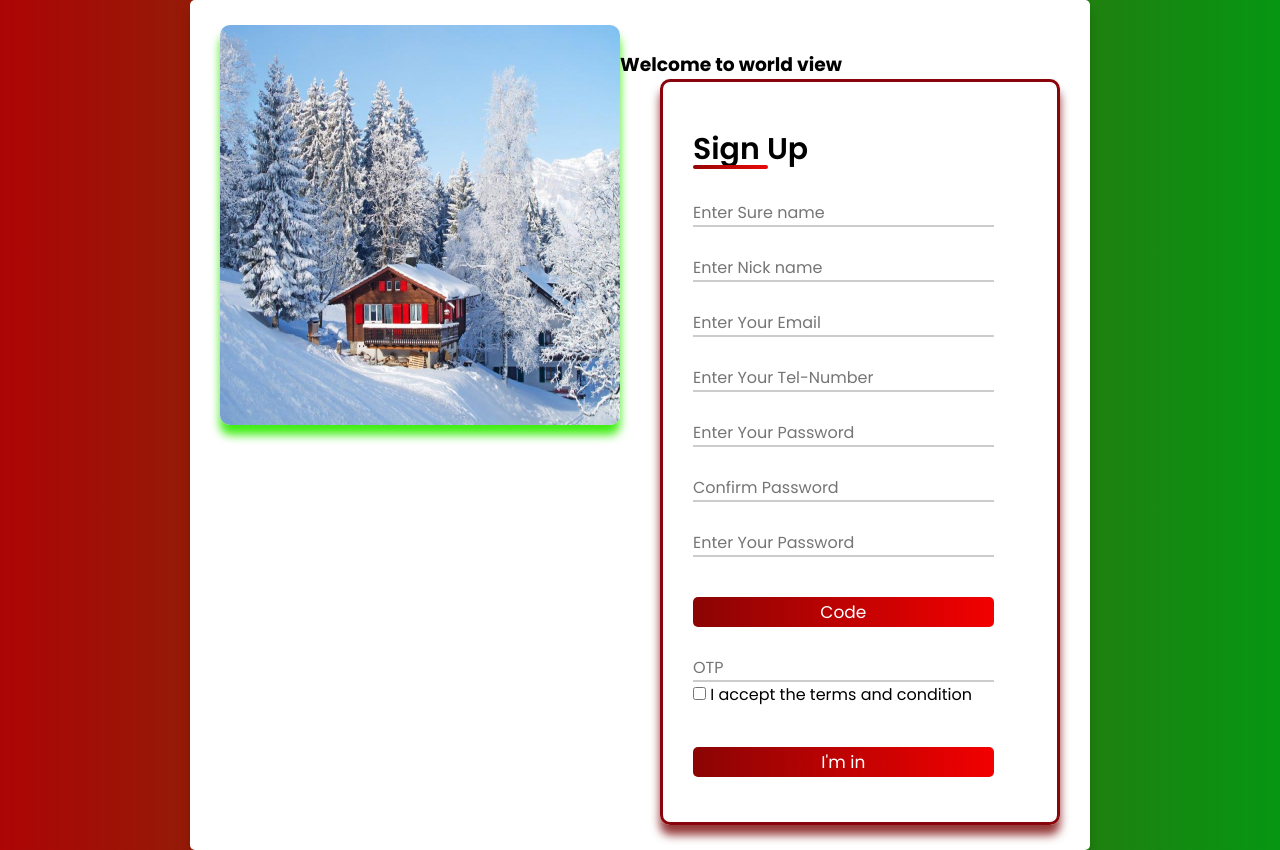
Repository: dev-ashik/Halloween
Page: Reg Page/Index.html
These files come from the project's save history. The page is drawn as it stood at one moment and after the next save; the edit follows.
The browser window is 1280 px wide. The pictures show the whole page.

Above is the page before, as saved 2021-12-21 22:31:36.

### Reg Page/Index.html
<!DOCTYPE html>
<html lang="en">

<head>
    <meta charset="UTF-8">
    <meta http-equiv="X-UA-Compatible" content="IE=edge">
    <meta name="viewport" content="width=device-width, initial-scale=1.0">
    <title>Regristration page</title>
    <link rel="stylesheet" href="CSS/main.css">
</head>

<body>
    <div class="con">
        <div class="bann">
            <img src="IMG/banner.jpg" alt=""><br/>
            <h3>Welcome to world view</h3>
        </div>
        <div class="form">
            <form action="#">
                <div class="title">Sign Up</div>
                <div class="box">
                    <input type="text" placeholder="Enter Sure name" id="fn" required>
                    <div class="underline"></div>
                </div>
                <div class="box"> <input type="text" placeholder="Enter Nick name" id="ln" required>
                    <div class="underline"></div>
                </div>
                <div class="box underline">
                    <input type="text" placeholder="Enter Your Email" id="mail" required>
                    <div class="underline"></div>
                    <!--Email Field with velidation-->
                </div>
                <div class="box underline">
                    <input type="text" placeholder="Enter Your Tel-Number" id="number" required>
                    <div class="underline"></div>
                </div>
                <div class="box">
                    <input type="password" placeholder="Enter Your Password" id="pwd" required>
                    <div class="underline"></div>
                    <!--Password Field with velidation-->
                </div>
                <div class="box">
                    <input type="password" placeholder="Confirm Password" id="pwd" required>
                    <div class="underline"></div>
                </div>
                <div class="box">
                    <input type="password" placeholder="Enter Your Password" id="pwd" required>
                    <div class="underline"></div>
                </div>
                <div class="box button">
                    <button onclick="vercod()" id="vc">Code</button>
                    <!--Code form-->
                </div>
                <div class="box">
                    <input type="text" placeholder="OTP" id="otp" required>
                    <div class="underline"></div>
                    <!--Security Code with velidation-->
                </div>
                <div class="Agreement">
                    <input type="checkbox" id="cb" value="Agree">
                    <label for="Agree">I accept the terms and condition</label>
                    <!--Agreement box-->
                </div>
                <div class="box button">
                    <button onclick="sub()">I'm in</button>
                </div>
            </form>
        </div>
    </div>
</body>
<script src="JS/main.js"></script>

</html>

### Reg Page/CSS/main.css
@import url('https://fonts.googleapis.com/css2?family=Poppins:wght@200;300;400;500;600;700&display=swap');
@import url('https://fonts.googleapis.com/css2?family=Poppins:wght@200;300;400;500;600;700&display=swap');
* {
    margin: 0;
    padding: 0;
    box-sizing: border-box;
    font-family: 'Poppins', sans-serif;
}

html,
body {
    display: grid;
    height: 100vh;
    width: 100%;
    place-items: center;
    background: linear-gradient(to right, #ad0505 0%, #069612 100%);
}

 ::selection {
    background: #ff80bf;
}

.con {
    background: #fff;
    max-width: 900px;
    width: 100%;
    padding: 25px 30px;
    border-radius: 5px;
    box-shadow: 0 10px 10px rgba(0, 0, 0, 0.15);
}

.con .bann img {
    float: left;
    width: 400px;
    height: 400px;
    border-radius: 10px;
    box-shadow: 0 10px 10px #40ee14;
}

.con .form {
    float: right;
    border: 3px solid rgb(138, 5, 11);
    border-radius: 10px;
    padding: 25px 30px;
    max-width: 400px;
    width: 100%;
    box-shadow: 0 10px 10px rgba(121, 4, 4, 0.795);
}

.con .form form .title {
    font-size: 30px;
    font-weight: 600;
    margin: 20px 0 10px 0;
    position: relative;
}

.con .form form .title:before {
    content: '';
    position: absolute;
    height: 4px;
    width: 75px;
    left: 0px;
    bottom: 3px;
    border-radius: 5px;
    background: linear-gradient(to right, #960404 0%, #eb0909 100%);
}

.con .form form .box {
    width: 90%;
    height: 30px;
    margin-top: 25px;
    position: relative;
}

.con .form form .box input {
    width: 100%;
    height: 100%;
    outline: none;
    font-size: 16px;
    border: none;
}

.con .form form .underline::before {
    content: '';
    position: absolute;
    height: 2px;
    width: 100%;
    background: #ccc;
    left: 0;
    bottom: 0;
}

.con .form form .underline::after {
    content: '';
    position: absolute;
    height: 2px;
    width: 100%;
    background: linear-gradient(to right, rgb(136, 2, 2) 0%, #f10404 100%);
    left: 0;
    bottom: 0;
    transform: scaleX(0);
    transform-origin: left;
    transition: all 0.3s ease;
}

.con .form form .box input:focus~.underline::after,
.con .form form .box input:valid~.underline::after {
    transform: scaleX(1);
    transform-origin: left;
}

.con .form form .button {
    margin: 40px 0 20px 0;
}

.con .form .box button {
    width: 100%;
    height: 100%;
    outline: none;
    font-size: 16px;
    border: none;
    background: linear-gradient(to right, #8b0404 0%, #f30000 100%);
    font-size: 17px;
    color: #fff;
    border-radius: 5px;
    cursor: pointer;
    transition: all 0.3s ease;
}

.con .form .box button:hover {
    letter-spacing: 1px;
    background: linear-gradient(to left, #8a0404 0%, #fc0707 100%);
}

footer {
    text-align: center;
    font-size: 30px;
    color: greenyellow;
}

footer:hover {
    color: greenyellow;
    text-shadow: 1px 1px 2px black, 0 0 25px rgb(11, 247, 3), 0 0 5px rgb(10, 255, 1);
}

Loaded but not shown: Reg Page/JS/main.js (no stored copy; drawn as an empty file)

After the next save:
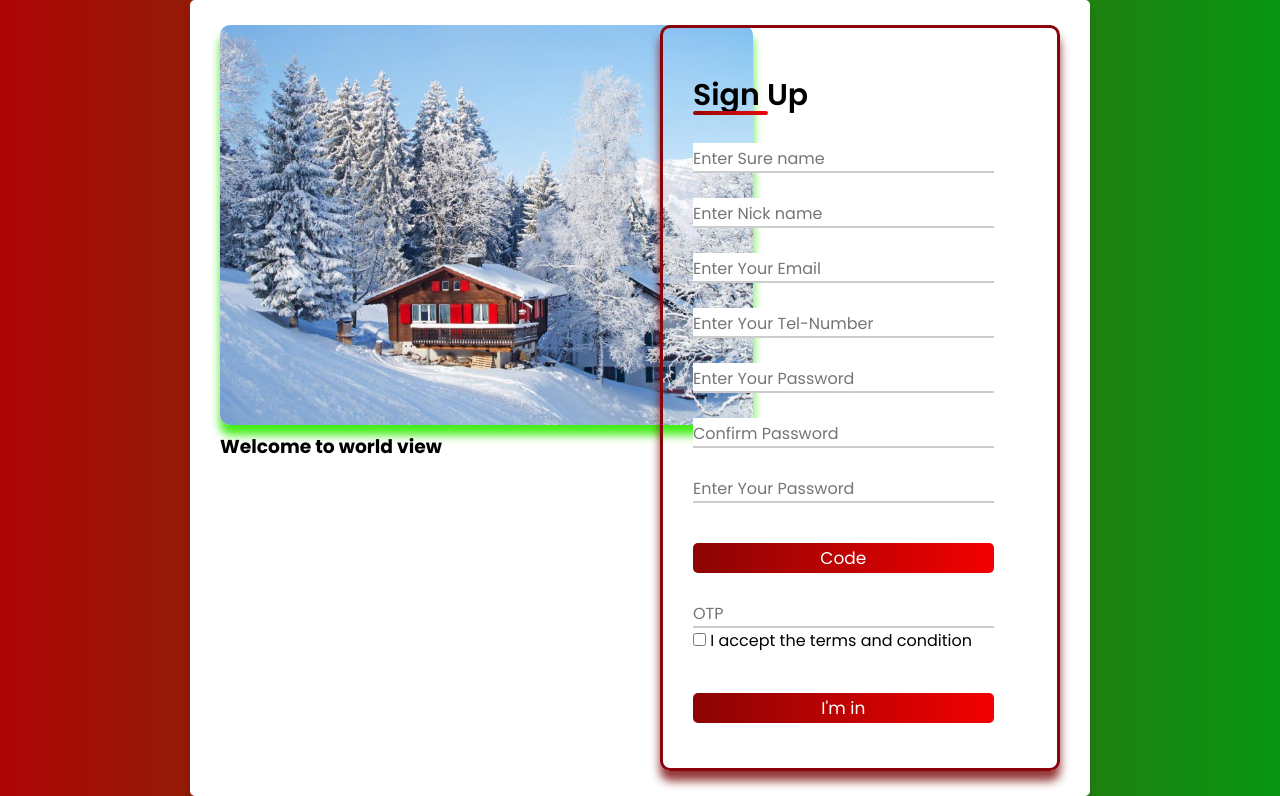
Saved 81 s later.
--- a/Reg Page/CSS/main.css
+++ b/Reg Page/CSS/main.css
@@ -29,9 +29,12 @@ body {
     box-shadow: 0 10px 10px rgba(0, 0, 0, 0.15);
 }
 
-.con .bann img {
+.con .bann {
     float: left;
     width: 400px;
+}
+
+.con .bann img {
     height: 400px;
     border-radius: 10px;
     box-shadow: 0 10px 10px #40ee14;
